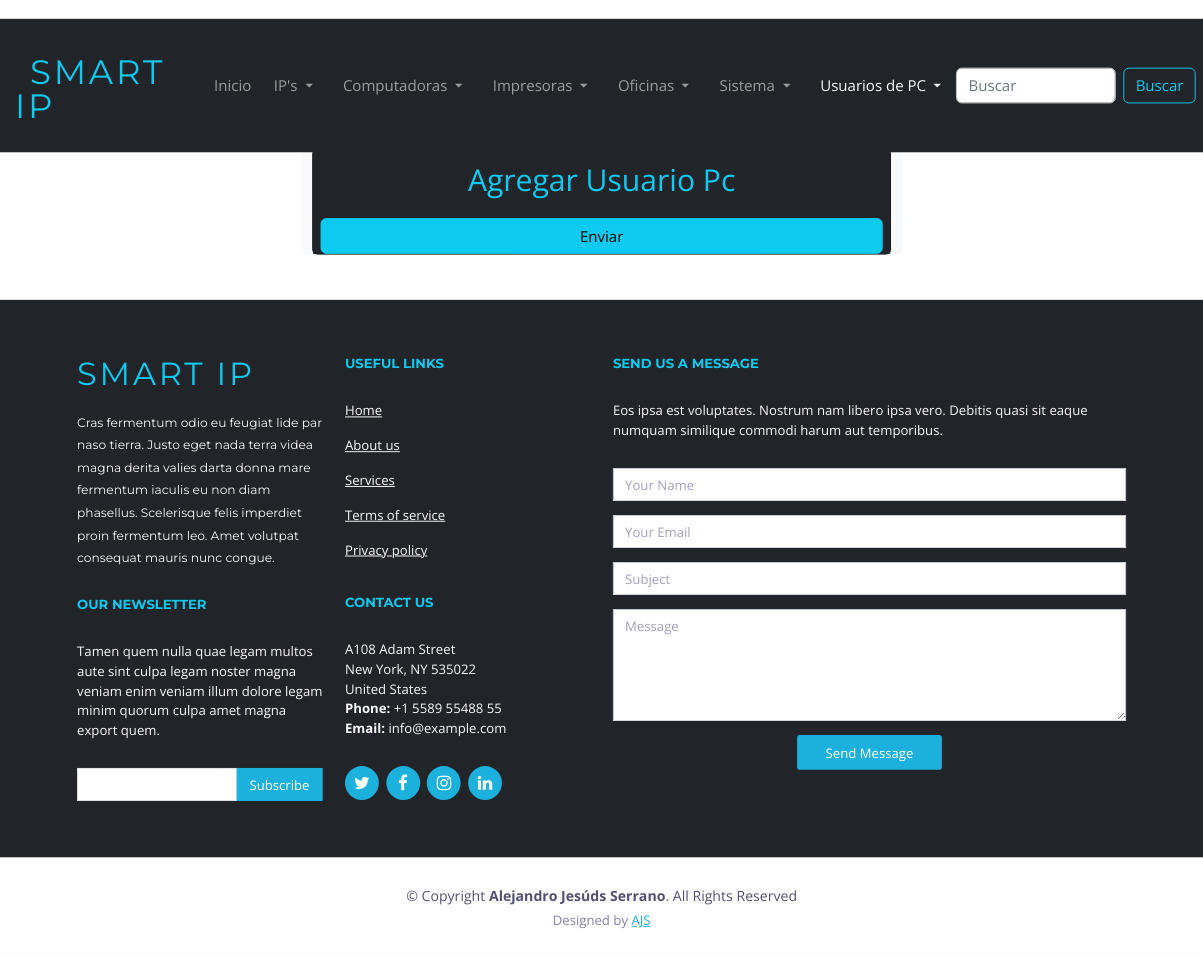
Repository: AlejandroJesusSerrano/SmartIPs
Page: smartip/smartipnav/templates/smartipnav/userspc_form.html
An editor plug-in stored every save of this project. The page is shown before and after the next save, followed by the edit.
The browser window is 1280 px wide. The pictures show the whole page, at 94% of full size.
The page is served by the project's application, run on Django 4.2 (smartip/manage.py). Other server files are loaded and not shown. The template is opened directly, without the code that normally fills it, so the values that code supplies are empty.

Above is the page before, as saved 2022-11-15 17:52:26.

### smartip/smartipnav/templates/smartipnav/userspc_form.html
{% extends 'smartipnav/base.html' %}

{% block userspcactive %}
    text-light
{% endblock %}

{% block content %}

<section>
    <div class="container col-lg-6 bg-light rounded">
        <div class="card mx-auto mt-5 bg-dark style="width: 20rem;">
            <div class="card-header bg-dark text-info mx-auto">
                <p class="fs-2 my-0">Agregar Usuario Pc</p>
            </div>
            <form id=printer_add_form action="" method="post" class="mt-2">
                {% csrf_token %}
                <div class="container bg-dark px-2">

                    {{ form.as_p }}
                    <button type="submit" class="btn btn-info row mx-auto w-100">Enviar</button>

                </div>
            </form>
        </div>
    </div>
</section>

{% endblock %}

### smartip/smartipnav/templates/smartipnav/base.html
<!DOCTYPE html>
<html lang="en">
<head>

  {% load static %}
  <meta charset="utf-8">
  <title>Smart IP</title>
  <meta content="width=device-width, initial-scale=1.0" name="viewport">
  <meta content="" name="keywords">
  <meta content="" name="description">

  <!-- Favicons -->
  <link href="{% static 'smartipnav/img/favicon.png' %}" rel="icon">
  <link href="{% static 'smartipnav/img/apple-touch-icon.png' %}" rel="apple-touch-icon">

  <!-- Google Fonts -->
  <link href="https://fonts.googleapis.com/css?family=Open+Sans:300,300i,400,400i,500,600,700,700i|Montserrat:300,400,500,600,700" rel="stylesheet">

  <!-- Bootstrap CSS File -->
  <link href="https://cdn.jsdelivr.net/npm/bootstrap@5.2.2/dist/css/bootstrap.min.css" rel="stylesheet" integrity="sha384-Zenh87qX5JnK2Jl0vWa8Ck2rdkQ2Bzep5IDxbcnCeuOxjzrPF/et3URy9Bv1WTRi" crossorigin="anonymous">

  <!-- Libraries CSS Files -->
  <link href="{% static 'smartipnav/lib/font-awesome/css/font-awesome.min.css' %}" rel="stylesheet">
  <link href="{% static 'smartipnav/lib/animate/animate.min.css' %}" rel="stylesheet">
  <link href="{% static 'smartipnav/lib/ionicons/css/ionicons.min.css' %}" rel="stylesheet">
  <link href="{% static 'smartipnav/lib/owlcarousel/assets/owl.carousel.min.css' %}" rel="stylesheet">
  <link href="{% static 'smartipnav/lib/lightbox/css/lightbox.min.css' %}" rel="stylesheet">

  <!-- Main Stylesheet File -->
  <link href="{% static 'smartipnav/css/style.css' %}" rel="stylesheet">

  <!-- =======================================================
    Theme Name: Rapid
    Theme URL: https://bootstrapmade.com/rapid-multipurpose-bootstrap-business-template/
    Author: BootstrapMade.com
    License: https://bootstrapmade.com/license/
  ======================================================= -->
</head>

<body>
  <!--==========================
  Header
  ============================-->
  <header id="header">
    <nav class="navbar navbar-expand-lg navbar-dark bg-dark mb-5">
      <a class="navbar-brand" href="index">
        <div class="logo mb-4">
          <!-- Uncomment below if you prefer to use an image logo -->
          <h1 class="text-bg-dark mx-auto"><a href="index"><span class= "text-info">Smart IP</span></a></h1>
          <!-- <a href="#header" class="scrollto"><img src="img/logo.png" alt="" class="img-fluid"></a> -->
        </div>
      </a>
      <button class="navbar-toggler" type="button" data-bs-toggle="collapse" data-bs-target="#navbarSupportedContent" aria-controls="navbarSupportedContent" aria-expanded="false" aria-label="Toggle navigation">
        <span class="navbar-toggler-icon"></span>
      </button>
      <div class="collapse navbar-collapse" id="navbarSupportedContent">
        <ul class="navbar-nav ms-auto mb-2 mb-lg-0">
          <li class="nav-item ">
            <a class="nav-link mt-2 {% block indexactive %} {% endblock %}" aria-current="page" href="{% url 'Inicio' %}">
              Inicio
            </a>
          </li>
          <li class="nav-link dropdown">
            <a class="nav-link {% block ipactive %} {% endblock %} dropdown-toggle" href="#" id="navbarDropdown" role="button" data-bs-toggle="dropdown" aria-expanded="false">
              IP's
            </a>
            <ul class="dropdown-menu" aria-labelledby="navbarDropdown">
              <li><a class="dropdown-item" href="{% url 'Ip' %}">Detalles IP</a></li>
              <li><a class="dropdown-item" href="{% url 'AddIp' %}">Registrar Nuevo IP</a></li>
              <li><a class="dropdown-item" href="{% url 'Ip' %}">Listar Direcciones IP</a></li>
            </ul>
          </li>
          <li class="nav-link dropdown">
            <a class="nav-link {% block computeractive %} {% endblock %} dropdown-toggle" href="#" id="navbarDropdown" role="button" data-bs-toggle="dropdown" aria-expanded="false">
              Computadoras
            </a>
            <ul class="dropdown-menu" aria-labelledby="navbarDropdown">
              <li><a class="dropdown-item" href="{% url 'Computers' %}">Detalle Computadora</a></li>
              <li><a class="dropdown-item" href="{% url 'AddComputer' %}">Registrar Nueva Computadora</a></li>
              <li><a class="dropdown-item" href="{% url 'ComputersList' %}">Listar Computadoras</a></li>
            </ul>
          </li>
          <li class="nav-link dropdown">
            <a class="nav-link dropdown-toggle {% block printeractive %} {% endblock %}" href="#" id="navbarDropdown" role="button" data-bs-toggle="dropdown" aria-expanded="false">
              Impresoras
            </a>
            <ul class="dropdown-menu" aria-labelledby="navbarDropdown">
              <li><a class="dropdown-item" href="{% url 'Printers' %}">Detalle Impresora</a></li>
              <li><a class="dropdown-item" href="{% url 'AddPrinter' %}">Registrar Nueva Impresora</a></li>
              <li><a class="dropdown-item" href="{% url 'PrintersList' %}">Listar Impresoras</a></li>
            </ul>
          </li>
          <li class="nav-link dropdown">
            <a class="nav-link {% block officeactive %} {% endblock %} dropdown-toggle" href="#" id="navbarDropdown" role="button" data-bs-toggle="dropdown" aria-expanded="false">
              Oficinas
            </a>
            <ul class="dropdown-menu" aria-labelledby="navbarDropdown">
              <li><a class="dropdown-item" href="{% url 'Offices' %}">Detalles Oficina</a></li>
              <li><a class="dropdown-item" href="{% url 'AddOffice' %}">Registrar Nueva Oficina</a></li>
              <li><a class="dropdown-item" href="{% url 'OfficesList' %}">Listar Oficinas</a></li>
            </ul>
          </li>
          <li class="nav-link dropdown">
            <a class="nav-link {% block usersactive %} {% endblock %} dropdown-toggle" href="#" id="navbarDropdown" role="button" data-bs-toggle="dropdown" aria-expanded="false">
              Sistema
            </a>
            <ul class="dropdown-menu" aria-labelledby="navbarDropdown">
              <li><a class="dropdown-item" href="{% url 'AddUser' %}">Registrar Nuevo Usuario</a></li>
              <li><a class="dropdown-item" href="{% url 'UsersList' %}">Usuarios Registrados</a></li>
            </ul>
          </li>
          <li class="nav-link dropdown">
            <a class="nav-link dropdown-toggle {% block userspcactive %} {% endblock %} " href="#" id="navbarDropdown" role="button" data-bs-toggle="dropdown" aria-expanded="false">
              Usuarios de PC
            </a>
            <ul class="dropdown-menu" aria-labelledby="navbarDropdown">
              <li><a class="dropdown-item" href="{% url 'UsersPc' %}">Detalles de Usuario PC</a></li>
              <li><a class="dropdown-item" href="{% url 'AddUserPc' %}">Agregar Usuario PC</a></li>
              <li><a class="dropdown-item" href="{% url 'UserspcList' %}">Listar Usuarios PC</a></li>
            </ul>
          </li>
        </ul>
        <form class="d-flex" role="search">
          <input class="form-control me-2" type="search" placeholder="Buscar" aria-label="Buscar">
          <button class="btn btn-outline-info me-2" type="submit">Buscar</button>
        </form>
      </div>
    </nav>
  </header><!-- #header -->


    {% block content %}

    {% endblock %}



  <!--==========================
    Footer
  ============================-->
  <footer id="footer" class="section-bg">
    <div class="mt-5 footer-top bg-dark">
      <div class="container bg-dark">

        <div class="row">

          <div class="col-lg-6">

            <div class="row">

                <div class="col-sm-6">

                  <div class="footer-info">
                    <h3 class="text-info">Smart Ip</h3>
                    <p class="text-light">Cras fermentum odio eu feugiat lide par naso tierra. Justo eget nada terra videa magna derita valies darta donna mare fermentum iaculis eu non diam phasellus. Scelerisque felis imperdiet proin fermentum leo. Amet volutpat consequat mauris nunc congue.</p>
                  </div>

                  <div class="footer-newsletter">
                    <h4 class="text-info">Our Newsletter</h4>
                    <p class="text-light">Tamen quem nulla quae legam multos aute sint culpa legam noster magna veniam enim veniam illum dolore legam minim quorum culpa amet magna export quem.</p>
                    <form action="" method="post">
                      <input type="email" name="email"><input type="submit"  value="Subscribe">
                    </form>
                  </div>

                </div>

                <div class="col-sm-6">
                  <div class="footer-links">
                    <h4 class="text-info">Useful Links</h4>
                    <ul>
                      <li><a class="text-light" href="#">Home</a></li>
                      <li><a class="text-light" href="#">About us</a></li>
                      <li><a class="text-light" href="#">Services</a></li>
                      <li><a class="text-light" href="#">Terms of service</a></li>
                      <li><a class="text-light" href="#">Privacy policy</a></li>
                    </ul>
                  </div>

                  <div class="footer-links">
                    <h4 class="text-info">Contact Us</h4>
                    <p class="text-light">
                      A108 Adam Street <br>
                      New York, NY 535022<br>
                      United States <br>
                      <strong>Phone:</strong> +1 5589 55488 55<br>
                      <strong>Email:</strong> info@example.com<br>
                    </p>
                  </div>

                  <div class="social-links">
                    <a href="#" class="twitter"><i class="fa fa-twitter"></i></a>
                    <a href="#" class="facebook"><i class="fa fa-facebook"></i></a>
                    <a href="#" class="instagram"><i class="fa fa-instagram"></i></a>
                    <a href="#" class="linkedin"><i class="fa fa-linkedin"></i></a>
                  </div>

                </div>

            </div>

          </div>

          <div class="col-lg-6">

            <div class="form">

              <h4 class="text-info">Send us a message</h4>
              <p class= "text-light">Eos ipsa est voluptates. Nostrum nam libero ipsa vero. Debitis quasi sit eaque numquam similique commodi harum aut temporibus.</p>
              <form action="" method="post" role="form" class="contactForm">
                <div class="form-group">
                  <input type="text" name="name" class="form-control" id="name" placeholder="Your Name" data-rule="minlen:4" data-msg="Please enter at least 4 chars" />
                  <div class="validation"></div>
                </div>
                <div class="form-group">
                  <input type="email" class="form-control" name="email" id="email" placeholder="Your Email" data-rule="email" data-msg="Please enter a valid email" />
                  <div class="validation"></div>
                </div>
                <div class="form-group">
                  <input type="text" class="form-control" name="subject" id="subject" placeholder="Subject" data-rule="minlen:4" data-msg="Please enter at least 8 chars of subject" />
                  <div class="validation"></div>
                </div>
                <div class="form-group">
                  <textarea class="form-control" name="message" rows="5" data-rule="required" data-msg="Please write something for us" placeholder="Message"></textarea>
                  <div class="validation"></div>
                </div>

                <div id="sendmessage">Your message has been sent. Thank you!</div>
                <div id="errormessage"></div>

                <div class="text-center"><button type="submit" title="Send Message">Send Message</button></div>
              </form>
            </div>

          </div>



        </div>

      </div>
    </div>

    <div class="container">
      <div class="copyright">
        &copy; Copyright <strong>Alejandro Jesúds Serrano</strong>. All Rights Reserved
      </div>
      <div class="credits">
        <!--
          All the links in the footer should remain intact.
          You can delete the links only if you purchased the pro version.
          Licensing information: https://bootstrapmade.com/license/
          Purchase the pro version with working PHP/AJAX contact form: https://bootstrapmade.com/buy/?theme=Rapid
        -->
        Designed by <a href="https://AJS.com/">AJS</a>
      </div>
    </div>
  </footer><!-- #footer -->

  <a href="#" class="back-to-top"><i class="fa fa-chevron-up"></i></a>
  <!-- Uncomment below i you want to use a preloader -->
  <!-- <div id="preloader"></div> -->

  <!-- JavaScript Libraries -->
  <script src="{% static 'smartipnav/lib/jquery/jquery.min.js' %}"></script>
  <script src="{% static 'smartipnav/lib/jquery/jquery-migrate.min.js' %}"></script>
  <script src="https://cdn.jsdelivr.net/npm/bootstrap@5.2.2/dist/js/bootstrap.bundle.min.js" integrity="sha384-OERcA2EqjJCMA+/3y+gxIOqMEjwtxJY7qPCqsdltbNJuaOe923+mo//f6V8Qbsw3" crossorigin="anonymous"></script>
  <script src="{% static 'smartipnav/lib/easing/easing.min.js' %}"></script>
  <script src="{% static 'smartipnav/lib/mobile-nav/mobile-nav.js' %}"></script>
  <script src="{% static 'smartipnav/lib/wow/wow.min.js' %}"></script>
  <script src="{% static 'smartipnav/lib/waypoints/waypoints.min.js' %}"></script>
  <script src="{% static 'smartipnav/lib/counterup/counterup.min.js' %}"></script>
  <script src="{% static 'smartipnav/lib/owlcarousel/owl.carousel.min.js' %}"></script>
  <script src="{% static 'smartipnav/lib/isotope/isotope.pkgd.min.js' %}"></script>
  <script src="{% static 'smartipnav/lib/lightbox/js/lightbox.min.js' %}"></script>
  <!-- Contact Form JavaScript File -->
  <script src="{% static 'smartipnav/contactform/contactform.js' %}"></script>

  <!-- Template Main Javascript File -->
  <script src="{% static 'smartipnav/js/main.js' %}"></script>

</body>
</html>

### smartip/smartip/urls.py
"""smartip URL Configuration

The `urlpatterns` list routes URLs to views. For more information please see:
    https://docs.djangoproject.com/en/4.1/topics/http/urls/
Examples:
Function views
    1. Add an import:  from my_app import views
    2. Add a URL to urlpatterns:  path('', views.home, name='home')
Class-based views
    1. Add an import:  from other_app.views import Home
    2. Add a URL to urlpatterns:  path('', Home.as_view(), name='home')
Including another URLconf
    1. Import the include() function: from django.urls import include, path
    2. Add a URL to urlpatterns:  path('blog/', include('blog.urls'))
"""
from django.contrib import admin
from django.urls import path

urlpatterns = [
    path('admin/', admin.site.urls),
]

Loaded but not shown: smartip/smartipnav/static/smartipnav/lib/font-awesome/css/font-awesome.min.css (library); smartip/smartipnav/static/smartipnav/lib/animate/animate.min.css (library); smartip/smartipnav/static/smartipnav/lib/ionicons/css/ionicons.min.css (library); smartip/smartipnav/static/smartipnav/lib/owlcarousel/assets/owl.carousel.min.css (library); smartip/smartipnav/static/smartipnav/lib/lightbox/css/lightbox.min.css (common file); smartip/smartipnav/static/smartipnav/lib/jquery/jquery.min.js (library); smartip/smartipnav/static/smartipnav/lib/jquery/jquery-migrate.min.js (library); smartip/smartipnav/static/smartipnav/lib/easing/easing.min.js (common file); smartip/smartipnav/static/smartipnav/lib/mobile-nav/mobile-nav.js (common file); smartip/smartipnav/static/smartipnav/lib/wow/wow.min.js (library); smartip/smartipnav/static/smartipnav/lib/waypoints/waypoints.min.js (library); smartip/smartipnav/static/smartipnav/lib/counterup/counterup.min.js (common file); smartip/smartipnav/static/smartipnav/lib/owlcarousel/owl.carousel.min.js (library); smartip/smartipnav/static/smartipnav/lib/isotope/isotope.pkgd.min.js (library); smartip/smartipnav/static/smartipnav/lib/lightbox/js/lightbox.min.js (library); smartip/smartipnav/static/smartipnav/js/main.js (131 lines, source omitted); smartip/smartipnav/static/smartipnav/contactform/contactform.js (118 lines, source omitted); smartip/smartipnav/static/smartipnav/css/style.css (1573 lines, source omitted)

After the next save:
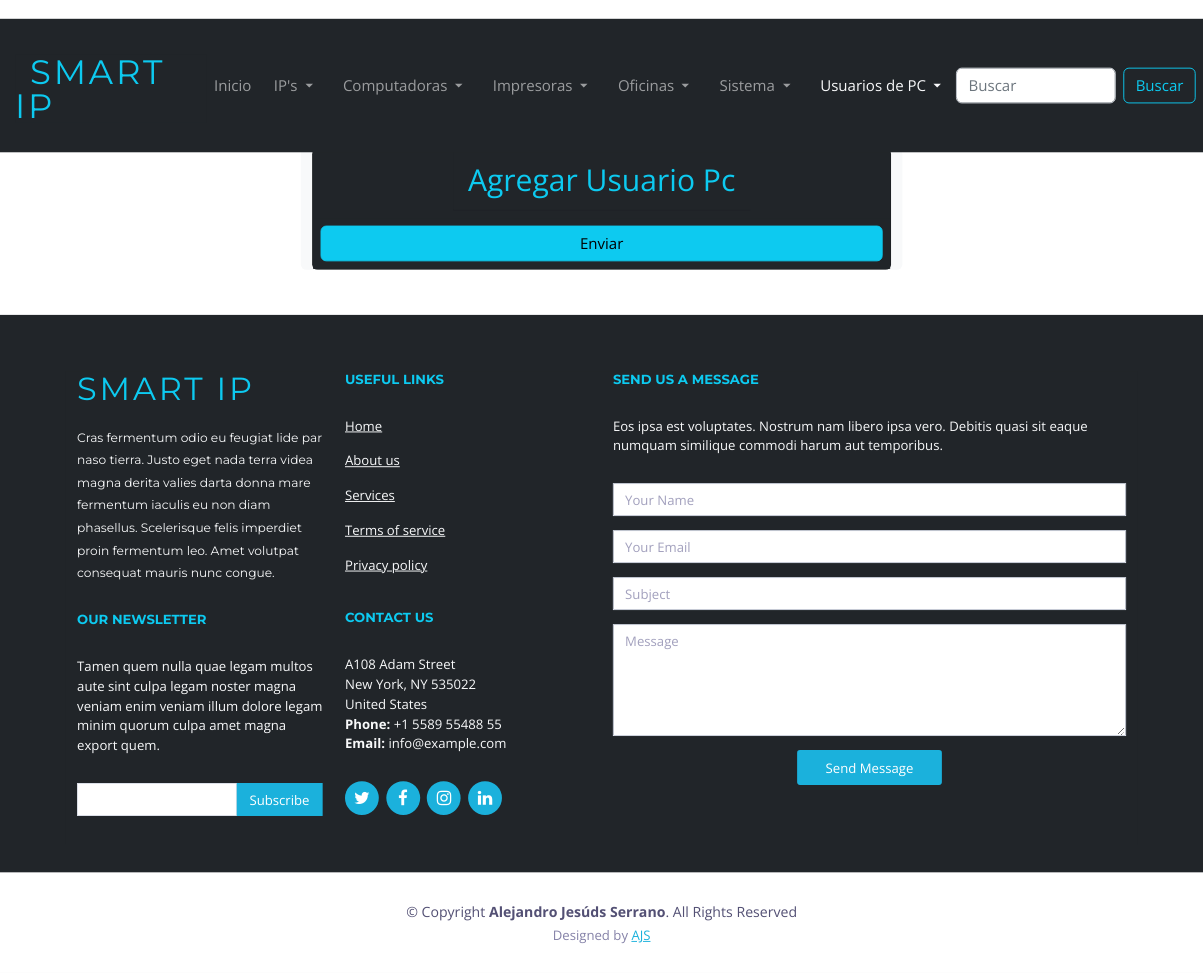
Saved 19 s later.
--- a/smartip/smartipnav/templates/smartipnav/userspc_form.html
+++ b/smartip/smartipnav/templates/smartipnav/userspc_form.html
@@ -17,7 +17,7 @@
                 <div class="container bg-dark px-2">
 
                     {{ form.as_p }}
-                    <button type="submit" class="btn btn-info row mx-auto w-100">Enviar</button>
+                    <button type="submit" class="btn btn-info row my-2 mx-auto w-100">Enviar</button>
 
                 </div>
             </form>
